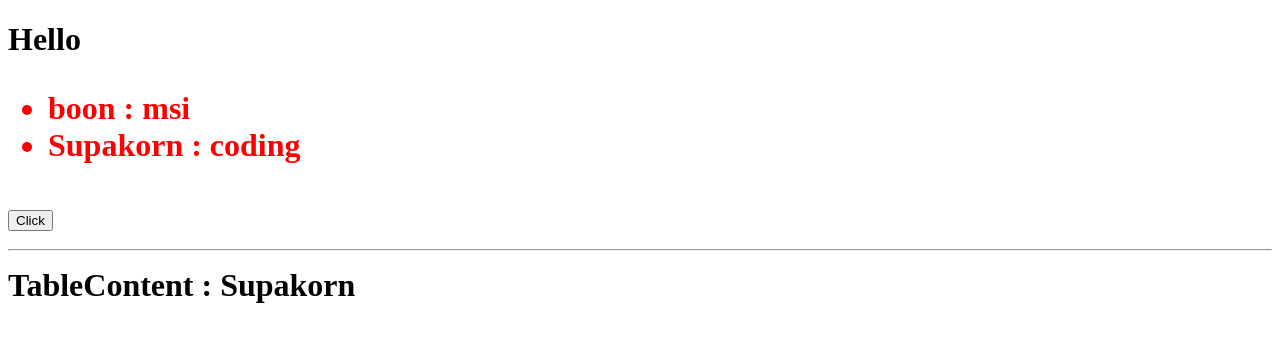
Repository: supakorn5039-boon/React-s
Page: /
An editor plug-in stored every save of this project. The page is shown before and after the next save, followed by the edit.
The browser window is 1280 px wide. The pictures show the whole page.
The project was rebuilt for these pictures with package versions that can differ from the ones it lists, and the page was loaded fresh each time. Also part of the build but not shown: vite.config.js.

Above is the page before, as saved 2024-01-09 09:10:54.

### src/App.jsx
import { useState } from "react";
import Navbar from "./components/Navbar";
import TableContent from "./components/TableContent";

export default function App() {
  const [data, setData] = useState("Supakorn");
  var name = "Boon";

  const handleShow = () => {
    console.log("Click");
  };

  return (
    <h1>
      Hello
      <Navbar text={name} handleShow={handleShow} setData={setData} />
      <hr />
      <TableContent data={data} />
    </h1>
  );
}

### src/components/Navbar.jsx
import { useState } from "react";

/* eslint-disable react/prop-types */
export default function Navbar() {
  const [show, setShow] = useState(false);

  const [s, setS] = useState([
    { name: "boon", detail: "msi" },
    { name: "Supakorn", detail: "coding" },
  ]);
  const handleClick = () => {
    setS(s + 1);
    setShow(true);
    if (show === true) {
      alert("555+");
    }
  };

  return (
    <div>
      <ul style={{ color: "red" ,  }}>
        {s.map((item, index) => {
          return (
            <li key={index}>
              {item.name} : {item.detail}
            </li>
          );
        })}
      </ul>
      <button onClick={() => handleClick()}>Click</button>
    </div>
  );
}

### src/components/TableContent.jsx
export default function TableContent({ data }) {
  return <div>TableContent : {data}</div>;
}

Loaded but not shown: index.html (common file); src/main.jsx (common file)

After the next save:
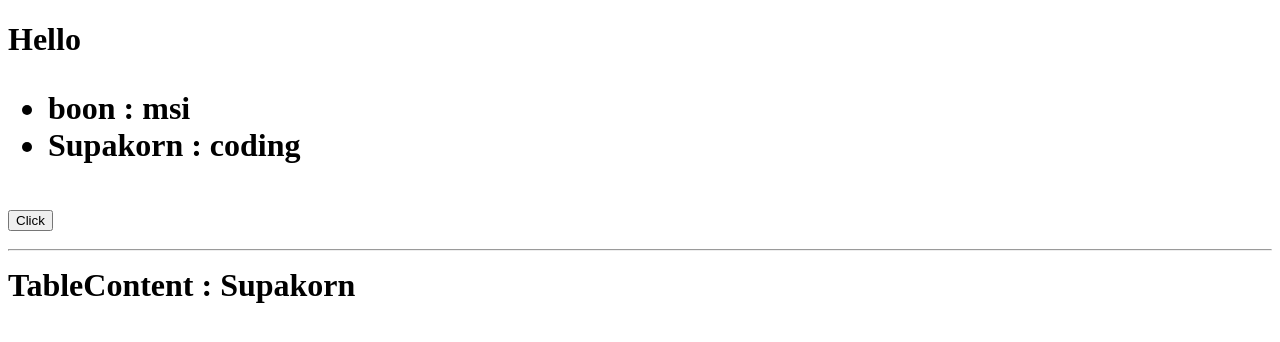
Saved 4 s later.
--- a/src/components/Navbar.jsx
+++ b/src/components/Navbar.jsx
@@ -18,7 +18,7 @@ export default function Navbar() {
 
   return (
     <div>
-      <ul style={{ color: "red" ,  }}>
+      <ul style={{  }}>
         {s.map((item, index) => {
           return (
             <li key={index}>
